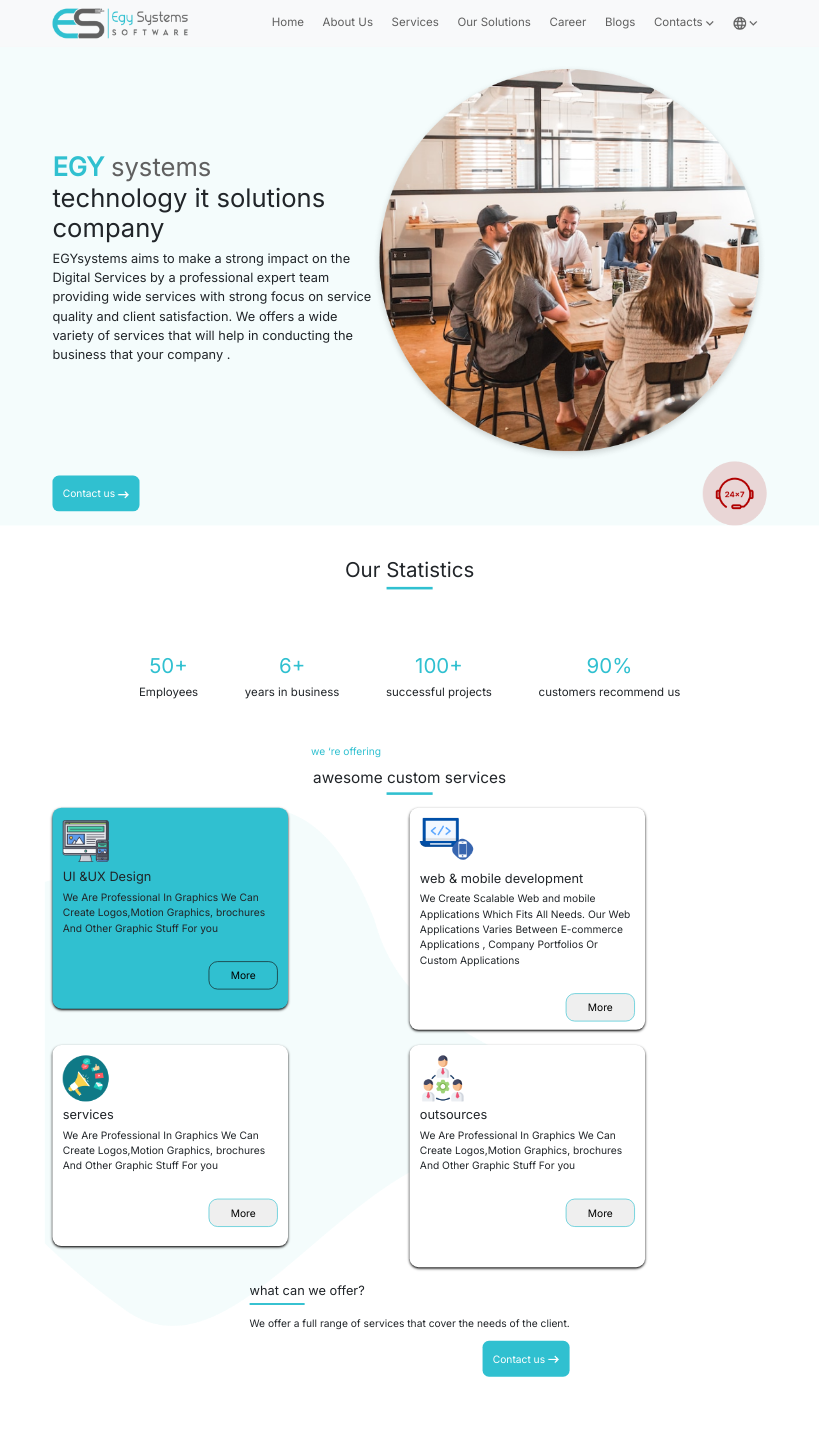
Repository: hamdyAbdelazeim/Egysystem-Home
Page: index.html
The author's editor kept a copy of each file at every save. The page is drawn from the files as they stood at one save, then again after the next save.
The browser window is 1280 px wide. The pictures show the whole page, at 64% of full size.
The pointer rests on the first visible `.service-down .service-down-left .service-item button`.

Above is the page before, as saved 2023-07-13 11:35:49.

### index.html
<!DOCTYPE html>
<html lang="en">
  <head>
    <meta charset="UTF-8" />
    <meta name="viewport" content="width=device-width, initial-scale=1.0" />
    <title>Egy Systems</title>
    <!-- google fonts  -->
    <link rel="preconnect" href="https://fonts.googleapis.com" />
    <link rel="preconnect" href="https://fonts.gstatic.com" crossorigin />
    <link
      href="https://fonts.googleapis.com/css2?family=Inter&display=swap"
      rel="stylesheet"
    />
    <!-- bootstrap -->
    <link rel="stylesheet" href="/css/bootstrap.min.css" />
    <!-- css file  -->
    <link rel="stylesheet" href="/css/style.css" />
    <!-- Responsive file  -->
    <link rel="stylesheet" href="/css/responsive.css" />
  </head>
  <body>
    <!-- starting  Navbar  -->
    <nav class="navbar-cust navbar navbar-expand-lg bg-light fixed-top">
      <div class="container">
        <a href="#" class="navbar-brand"
          ><img src="/assets/logo 1.png" class="logo-img" alt="logo "
        /></a>

        <button
          class="navbar-toggler"
          type="button"
          data-bs-toggle="collapse"
          data-bs-target="#navmenu"
          style="border: none; box-shadow: none"
        >
          <span class="navbar-toggler-icon"
            ><img
              width="45"
              style="padding: 0.5rem"
              src="https://upload.wikimedia.org/wikipedia/commons/thumb/b/b2/Hamburger_icon.svg/120px-Hamburger_icon.svg.png"
              alt=""
          /></span>
        </button>

        <div class="collapse navbar-collapse" id="navmenu">
          <ul class="navbar-nav cust-ul">
            <li class="nav-item">
              <a href="#Home" class="nav-link cust-link">Home</a>
            </li>
            <li class="nav-item">
              <a href="#About" class="nav-link cust-link">About Us</a>
            </li>
            <li class="nav-item">
              <a href="#Services" class="nav-link cust-link">Services</a>
            </li>
            <li class="nav-item">
              <a href="#Solutions" class="nav-link cust-link">Our Solutions </a>
            </li>
            <li class="nav-item">
              <a href="#Career" class="nav-link cust-link">Career</a>
            </li>
            <li class="nav-item">
              <a href="#Blogs" class="nav-link cust-link">Blogs</a>
            </li>
            <li class="nav-item">
              <a href="" class="nav-link cust-link"
                >Contacts <img src="/assets/Vector.png" alt="vector"
              /></a>
            </li>
            <li class="nav-item">
              <a href="" class="nav-link language-icon"
                ><img src="/assets/language.png" alt="language" />
                <img src="/assets/Vector.png" alt=""
              /></a>
            </li>
          </ul>
        </div>
      </div>
    </nav>
    <!-- Ending Navbar  -->
    <!-- Home section  -->
    <div class="Home" id="Home">
      <div
        class="container Home-up d-flex justify-content-center align-items-center"
      >
        <div class="Home-left">
          <h1>
            <strong class="Egy">EGY</strong>
            <span class="system">systems</span> <br />technology it solutions<br />
            company
          </h1>
          <p>
            EGYsystems aims to make a strong impact on the Digital Services by a
            professional expert team providing wide services with strong focus
            on service quality and client satisfaction. We offers a wide variety
            of services that will help in conducting the business that your
            company .
          </p>
        </div>
        <img src="/assets/Ellipse 34.png" alt="" />
      </div>
      <div class="container d-flex justify-content-between align-items-center">
        <button class="contactUs-btn">
          Contact us <img src="/assets/Vector (right).png" alt="" />
        </button>
        <!-- <div>
          <img src="/assets/slider-left.png" alt="" /> 1/4
          <img src="/assets/slider-right.png" alt="" />
        </div> -->
        <img src="/assets//chat.png" alt="chat" />
      </div>
    </div>
    <!-- Ending Home  section  -->
    <!-- our statistics Section  -->
    <section class="our-statistics container w-100">
      <div class="statistics-up text-center">
        <h2>Our Statistics</h2>
        <p></p>
      </div>
      <div
        class="statistics-down d-flex align-items-center justify-content-between"
      >
        <div class="text-center">
          <h4>50+</h4>
          <p>Employees</p>
        </div>
        <div class="text-center">
          <h4>6+</h4>
          <p>years in business</p>
        </div>
        <div class="text-center">
          <h4>100+</h4>
          <p>successful projects</p>
        </div>
        <div class="text-center">
          <h4>90%</h4>
          <p>customers recommend us</p>
        </div>
      </div>
    </section>
    <!-- Ending our statistics  -->
    <!--  services   -->

    <!--  Ending services   -->
    <section class="services" id="services">
      <div class="service-up container">
        <p class="p-up">we ‘re offering</p>
        <h4 class="text-center">awesome custom services</h4>
        <p class="border-cust"></p>
      </div>
      <div class="service-down container d-flex align-items-center">
        <div class="service-down-left">
          <div class="service-item">
            <img src="/assets/service-item-1.png" alt="service-item-1" />
            <h5 class="mt-2">UI &UX Design</h5>
            <p>
              We Are Professional In Graphics We Can Create Logos,Motion
              Graphics, brochures And Other Graphic Stuff For you
            </p>
            <button>More</button>
          </div>
          <div class="service-item service-item-cust">
            <img src="/assets/service-item-2.png" alt="service-item-1" />
            <h5 class="mt-2">web & mobile development</h5>
            <p>
              We Create Scalable Web and mobile Applications Which Fits All
              Needs. Our Web Applications Varies Between E-commerce Applications
              , Company Portfolios Or Custom Applications
            </p>
            <button>More</button>
          </div>
          <div class="service-item">
            <img src="/assets/service-item-3.png" alt="service-item-1" />
            <h5 class="mt-2">services</h5>
            <p>
              We Are Professional In Graphics We Can Create Logos,Motion
              Graphics, brochures And Other Graphic Stuff For you
            </p>
            <button>More</button>
          </div>
          <div class="service-item service-item-cust">
            <img src="/assets/service-item-4.png" alt="service-item-1" />
            <h5 class="mt-2">outsources</h5>
            <p>
              We Are Professional In Graphics We Can Create Logos,Motion
              Graphics, brochures And Other Graphic Stuff For you
            </p>
            <button>More</button>
          </div>
        </div>
        <div class="service-down-right">
          <h5>what can we offer?</h5>
          <p class="border-p"></p>
          <p>
            We offer a full range of services that cover the needs of the
            client.
          </p>
          <button class="contactUs-btn float-end">
            Contact us <img src="/assets/Vector (right).png" alt="" />
          </button>
        </div>
      </div>
    </section>
    <!-- bootstrap js file  -->
    <script src="/js/bootstrap.bundle.min.js"></script>
  </body>
</html>

### css/style.css
/* setting my css roots  */

body {
  font-family: 'Inter', sans-serif;
}

:root {
  --primary: #30c0d0;
  --secondary: #606060;
  --third-party: #131313;
}

/* navbar  */
.cust-ul {
  width: 100%;
  justify-content: space-around;
  margin-left: 100px;
}

.cust-link {
  font-size: 18px;
  font-weight: 500;
  line-height: 22px;
  letter-spacing: 0em;
  text-align: left;
  color: var(--secondary);
  padding-bottom: 0.5rem;
}
.cust-link :hover {
  color: var(--primary) !important;
}
.nav-link:focus,
.nav-link:hover {
  color: var(--primary) !important;
  border-bottom: 2px solid var(--primary) !important;
  font-size: 20px;
}

.cust-link:active {
  color: var(--primary) !important;
  color: var(--primary) !important;
  border-bottom: 2px solid var(--primary) !important;
  font-size: 20px;
}

.language-icon {
  border-bottom: none !important;
  font-size: 12px !important;
}
/* Ending Navbar  */

/* Home Section  */
.Home {
  padding-top: 100px;
  background-color: #f4fcfc;
}

.Egy {
  color: var(--primary);
}
.system {
  color: var(--secondary);
}
.Home-left p {
  font-size: 20px;
}
.contactUs-btn {
  background-color: var(--primary);
  color: white;
  border: none;
  padding: 16px;
  border-radius: 10px;
  -webkit-border-radius: 10px;
  -moz-border-radius: 10px;
  -ms-border-radius: 10px;
  -o-border-radius: 10px;
}

/* Ending Home Section  */

/* our statistics Section  */

.our-statistics {
  width: 100%;
}
.statistics-up,
.statistics-down {
  padding-top: 50px;
  padding-bottom: 50px;
  width: 846px;
  margin: auto;
}
.statistics-up p {
  width: 72px;
  margin: auto;
  border-bottom: 4px solid var(--primary);
}
.statistics-down h4 {
  color: var(--primary);
  font-size: 32px;
}
.statistics-down p {
  font-size: 18px;
}

/* services */
.services {
  width: 100%;
}
.services .service-up {
  width: 332px;
  margin: auto;
  padding-bottom: 20px;
}
.services .service-up .p-up {
  text-align: start;
  font-size: 16px;
  color: var(--primary);
}

.services.service-up h4 {
  color: var(--third-party);
  font-size: 32px;
}
.services .service-up .border-cust {
  width: 72px;
  margin: auto;
  border-bottom: 4px solid var(--primary);
}

.service-down {
  background-image: url('/assets/Ellipse\ 53.png');
  background-repeat: no-repeat;
  margin-bottom: 100px;
}
.service-down .service-down-left {
  width: 65%;
  display: grid;
  grid-template-columns: auto auto;
}
.service-down .service-down-left .service-item {
  width: 368px;
  height: 314px;
  background-color: #ffffff;
  box-shadow: 0px 2px 4px 0px #000000;
  border-radius: 14px;
  -webkit-border-radius: 14px;
  -moz-border-radius: 14px;
  -ms-border-radius: 14px;
  -o-border-radius: 14px;
  padding: 1rem;
  margin-bottom: 1.5rem;
}
.service-down .service-down-left .service-item:hover {
  background-color: var(--primary);
  transition-duration: 0.3s;
  transition-timing-function: ease-in-out;
}
.service-down .service-down-left .service-item button {
  width: 108px;
  height: 44px;
  border: 1px solid var(--primary);
  padding: 0px, 16px, 0px, 16px;
  gap: 8px;
  border-radius: 14px;
  -webkit-border-radius: 14px;
  -moz-border-radius: 14px;
  -ms-border-radius: 14px;
  -o-border-radius: 14px;
  float: right;
  margin-top: 1.5rem;
}
.service-down .service-down-left .service-item button:hover {
  background-color: var(--primary);
  border: 1px solid var(--third-party);
  transition-duration: 0.3s;
  transition-timing-function: ease-in-out;
}

.service-item-cust {
  height: 347px !important;
  margin-bottom: 1.5rem !important;
}

.border-p {
  width: 86px;
  border-bottom: 3px solid var(--primary);
}

### css/responsive.css
@media only screen and (max-width: 1400px) {
  .service-down {
    flex-direction: column;
  }
  .service-down-left {
    width: 100% !important;
  }
}
@media only screen and (max-width: 1025px) {
  .cust-link {
    font-size: 15px !important;
  }
}
@media only screen and (max-width: 1000px) {
  /* navbar */
  .cust-ul {
    margin-left: 0;
  }
  .cust-link {
    font-size: 18px;
  }
  /* HOME section  */
  .Home-up {
    flex-wrap: wrap;
  }

  .Home-up img {
    width: 90%;
  }
  /* Our Statistics */
  .statistics-up,
  .statistics-down {
    width: 100%;
  }
  /* services */
  .service-down-left {
    grid-template-columns: auto !important;
  }
  .service-item {
    width: 100% !important;
  }
}

@media only screen and (max-width: 600px) {
  /* Our Statistics */
  .statistics-down {
    flex-direction: column;
  }
}

@media only screen and (max-width: 280px) {
  .logo-img {
    width: 160px;
  }
  .services .service-up {
    width: 270px;
  }
  .service-item p {
    font-size: 12px;
  }
}

Loaded but not shown: css/bootstrap.min.css (library); js/bootstrap.bundle.min.js (library)

After the next save:
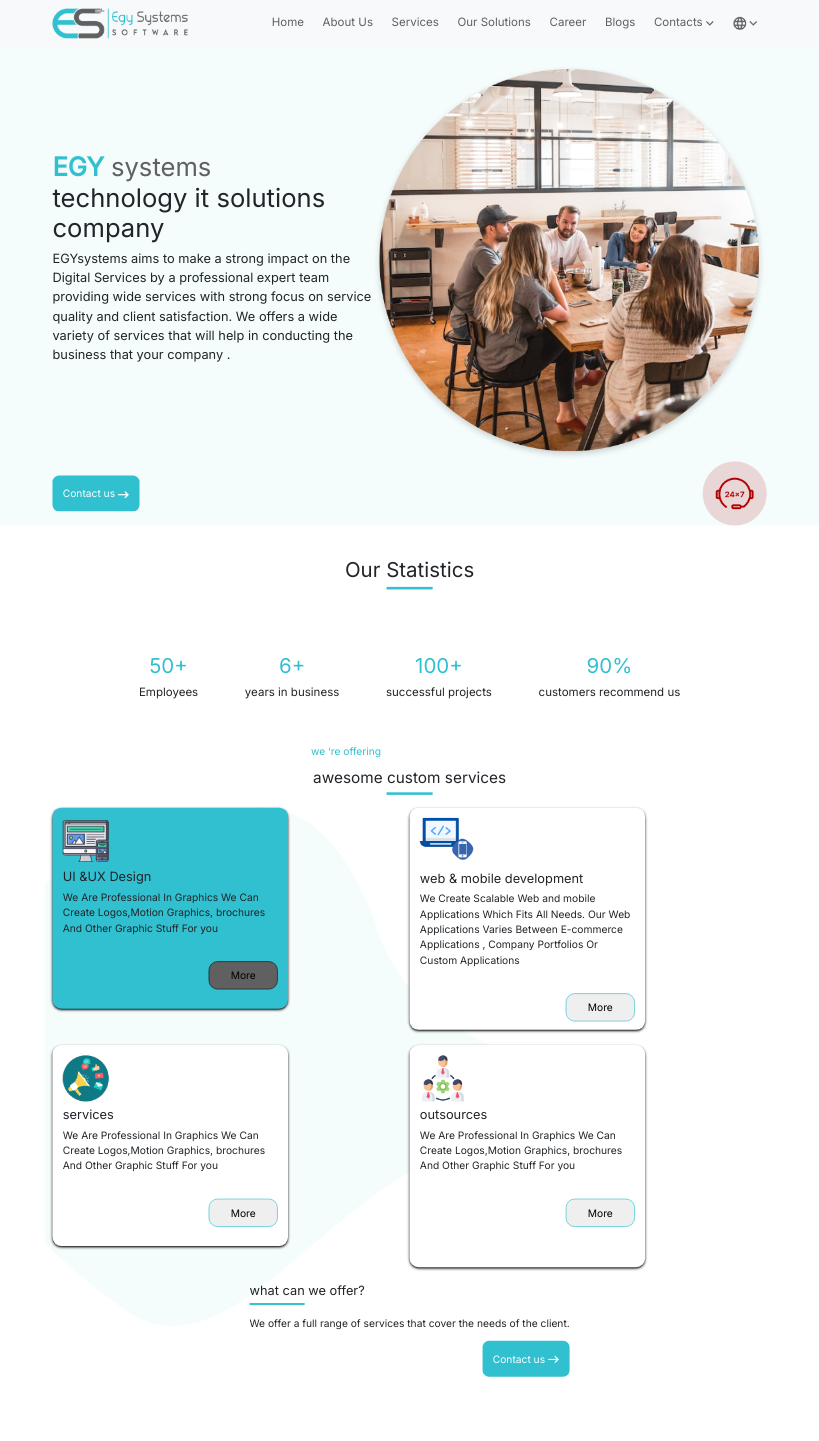
Saved 37 s later.
--- a/css/style.css
+++ b/css/style.css
@@ -171,7 +171,7 @@ body {
   margin-top: 1.5rem;
 }
 .service-down .service-down-left .service-item button:hover {
-  background-color: var(--primary);
+  background-color: var(--secondary);
   border: 1px solid var(--third-party);
   transition-duration: 0.3s;
   transition-timing-function: ease-in-out;
